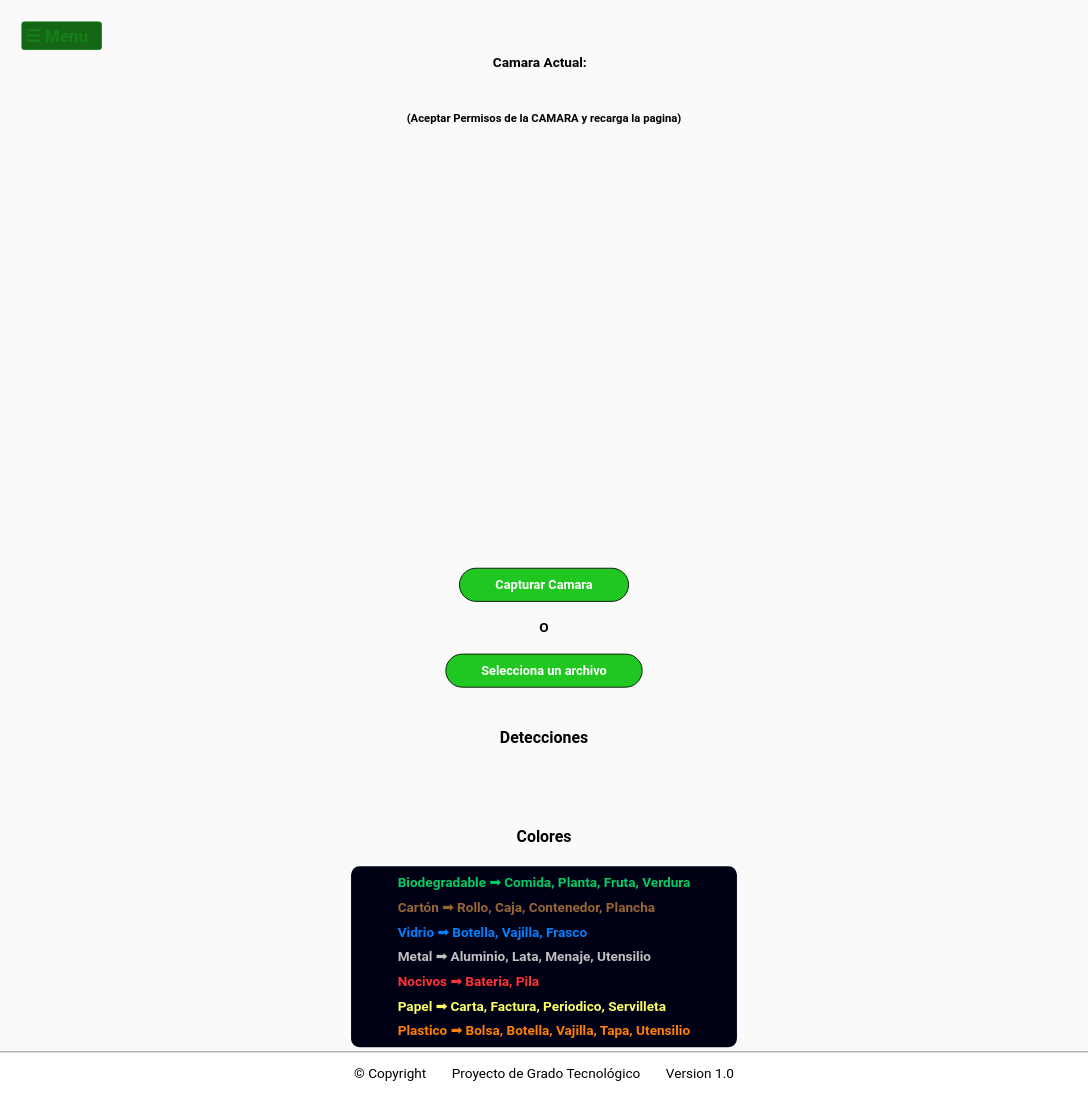
Repository: castecabas/Recicladora
Page: http://localhost/model
The author's editor kept a copy of each file at every save. The page is drawn from the files as they stood at one save, then again after the next save.
The browser window is 1280 px wide. The pictures show the whole page, at 85% of full size.
The pointer rests on the first visible `.btn_openmenu`.
Pictures or frames that could not be fetched are drawn as grey boxes. The page is served by the project's application, run on Flask 3 (src/index.py).

Above is the page before, as saved 2025-01-03 20:30:00.

After the next save:
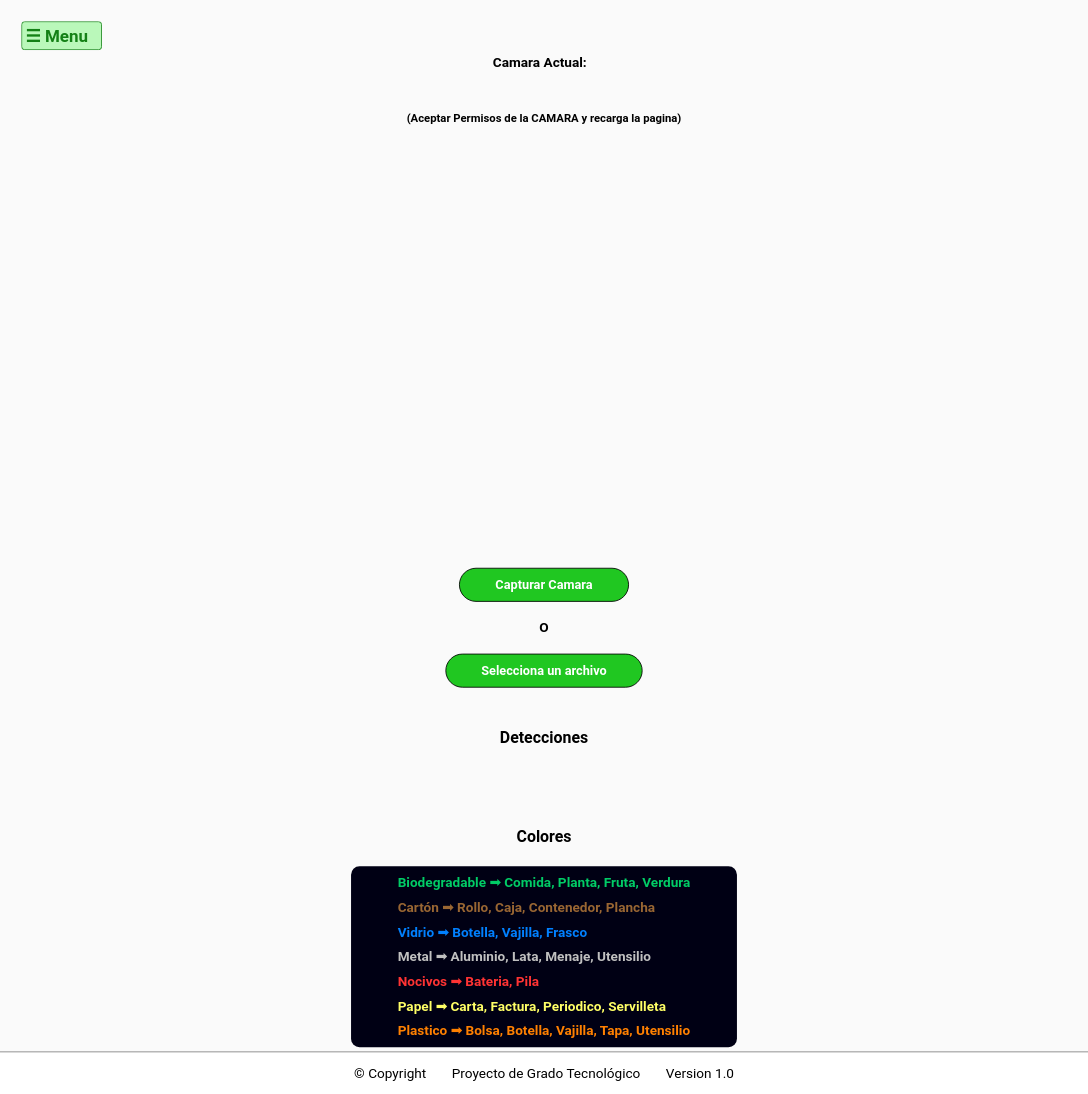
Saved 8 s later.
--- a/src/static/css/model.css
+++ b/src/static/css/model.css
@@ -30,7 +30,7 @@ main {
 }
 
 .btn_openmenu:hover {
-    background-color: var(--verde-800);
+    background-color: var(--verde-200);
 }
 
 .container {
